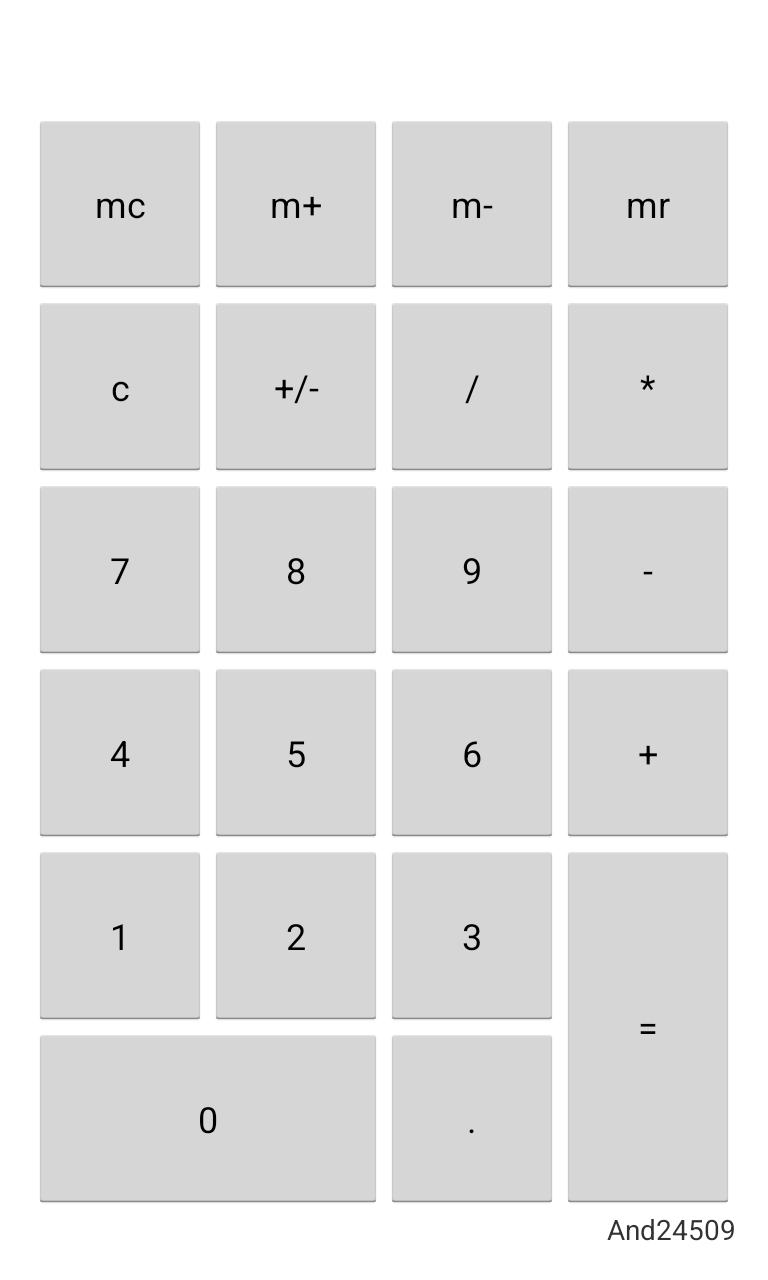
Repository: ericluo1123/myAndroidCode
Layout: myHomeWork/res/layout/activity_main.xml
These files come from the project's save history. The layout is drawn as it stood at one moment and after the next save; the edit follows.
It is drawn on a 768 x 1280 px phone screen (xhdpi) without system bars, with theme AppTheme; the app's code is not run.

Above is the layout before, as saved 2014-09-30 14:35:22.

After the next save:
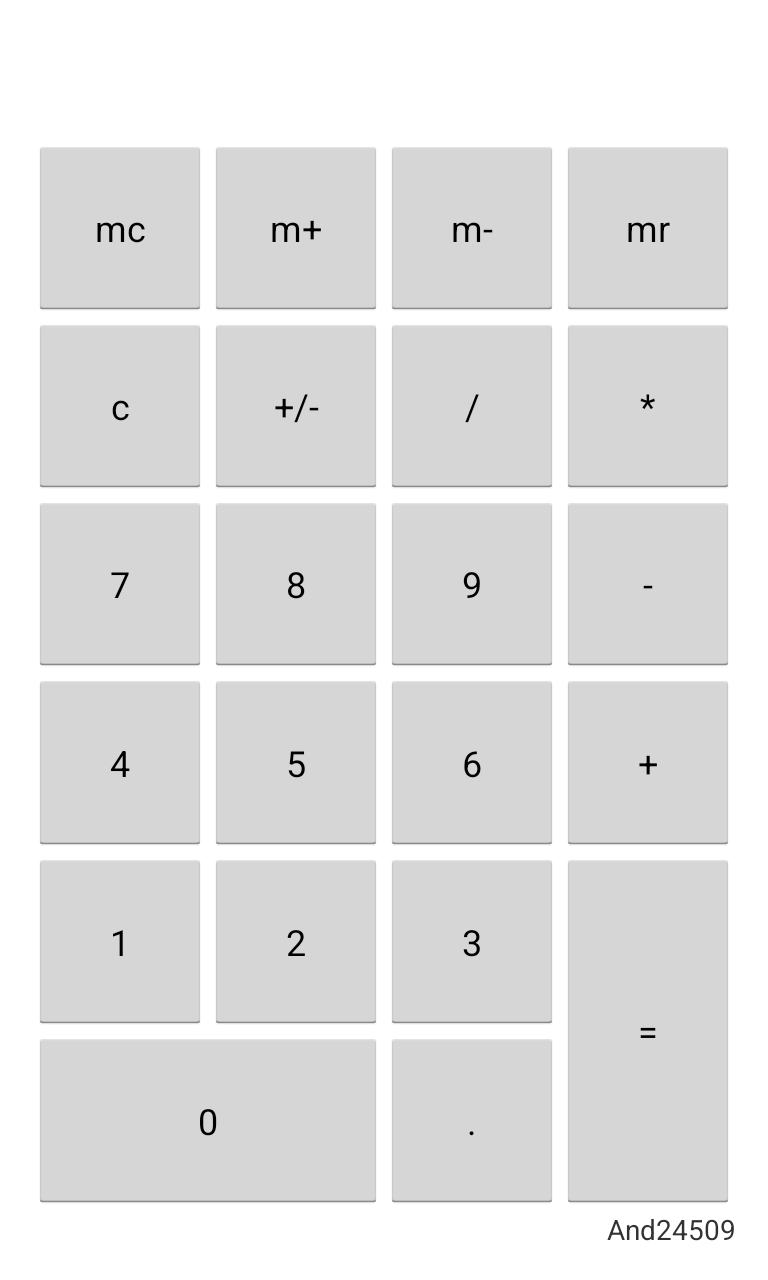
Saved 35 s later.
--- a/myHomeWork/res/layout/activity_main.xml
+++ b/myHomeWork/res/layout/activity_main.xml
@@ -278,6 +278,6 @@
         android:layout_height="wrap_content"
         android:background="#FFFFFF"
         android:gravity="right"
-        android:textSize="30sp" />
+        android:textSize="40sp" />
 
 </RelativeLayout>
